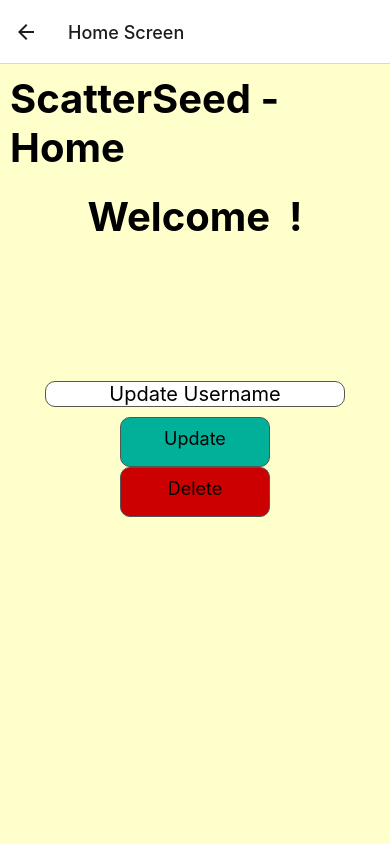
Repository: Curraje/scatter-seed-app
Screen: /Home
The author's editor kept a copy of each file at every save. The screen is drawn from the files as they stood at one save, then again after a run of saves.
The app was drawn by React Native's web renderer in a window 390 px wide. The project was rebuilt for these pictures with package versions that can differ from the ones it lists, and the page was loaded fresh each time. Some packages were replaced by stand-ins written for this rebuild.

Above is the screen before, as saved 2022-03-06 14:38:55.

After the next 3 saves:
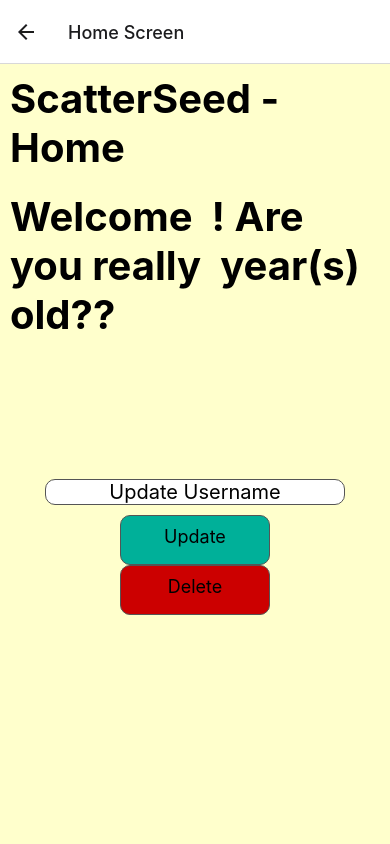
The 3 saves are shown as one change because 1 did not build or start and some came seconds apart.
The last was saved 113 s later.
--- a/src/screens/Home.tsx
+++ b/src/screens/Home.tsx
@@ -57,7 +57,7 @@ export default function Home({ navigation, route }: any) {
   return (
     <View style={[GlobalStyles.body]}>
       <Text style={[GlobalStyles.text]}>ScatterSeed - Home</Text>
-      <Text style={[GlobalStyles.text]}>Welcome {name} !</Text>
+      <Text style={[GlobalStyles.text]}>Welcome {name} ! Are you really {age} year(s) old??</Text>
       <TextInput
         style={styles.updateInput}
         placeholder="Update Username"
